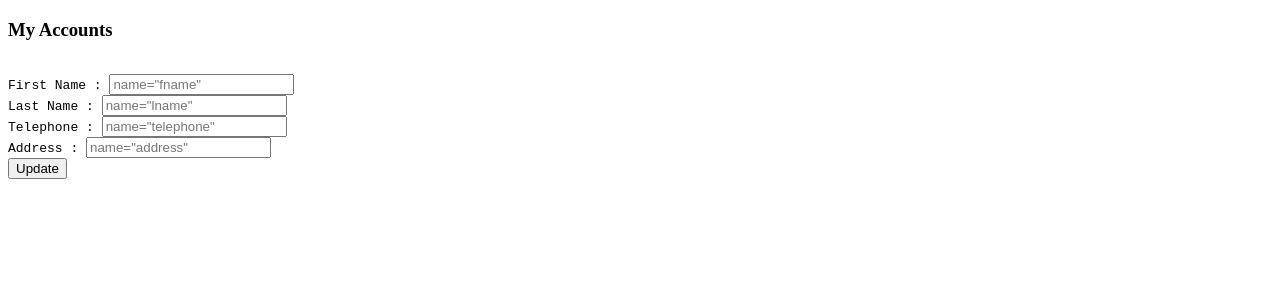
Repository: anujsoni10001/JSP-Servlet
Page: http://localhost/Minor/staff-patient.jsp
The author's editor kept a copy of each file at every save. The page is drawn from the files as they stood at one save, then again after the next save.
The browser window is 1280 px wide. The pictures show the whole page.
The page is served by Tomcat 9.

Above is the page before, as saved 2019-03-23 05:14:25.

After the next save:
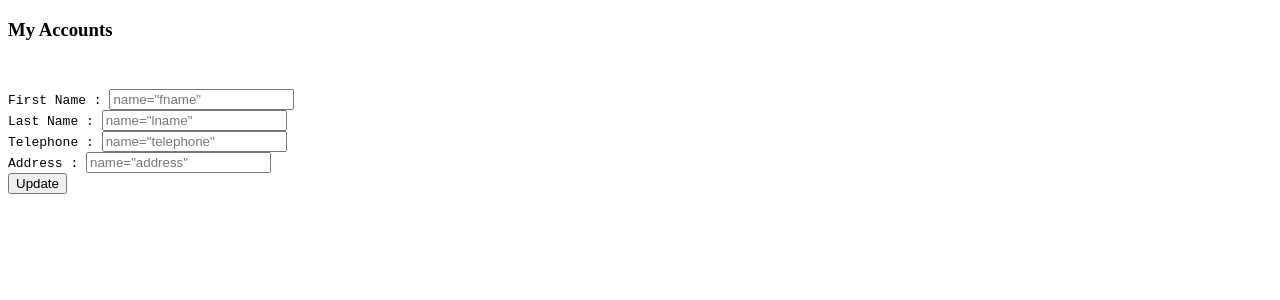
Saved 80 s later.
--- a/FinalProject/minor - Copy/Minor/WebContent/staff-patient.jsp
+++ b/FinalProject/minor - Copy/Minor/WebContent/staff-patient.jsp
@@ -2,8 +2,6 @@
 <%@page import="pp.RegisteredDao"%>
 <%
 String a_id=request.getParameter("a_id");
-RegisteredDao rd=new RegisteredDao();
-
 %>
 <%@ page language="java" contentType="text/html; charset=ISO-8859-1"
     pageEncoding="ISO-8859-1"%>
@@ -17,6 +15,7 @@ RegisteredDao rd=new RegisteredDao();
 <h3>My Accounts</h3>
 <pre>
 <form action="Update">
+<input type="hidden" value=>
 First Name : <input type="text" placeholder= name="fname">
 Last Name : <input type="text" placeholder=name="lname">
 Telephone : <input type="text" placeholder=name="telephone">
